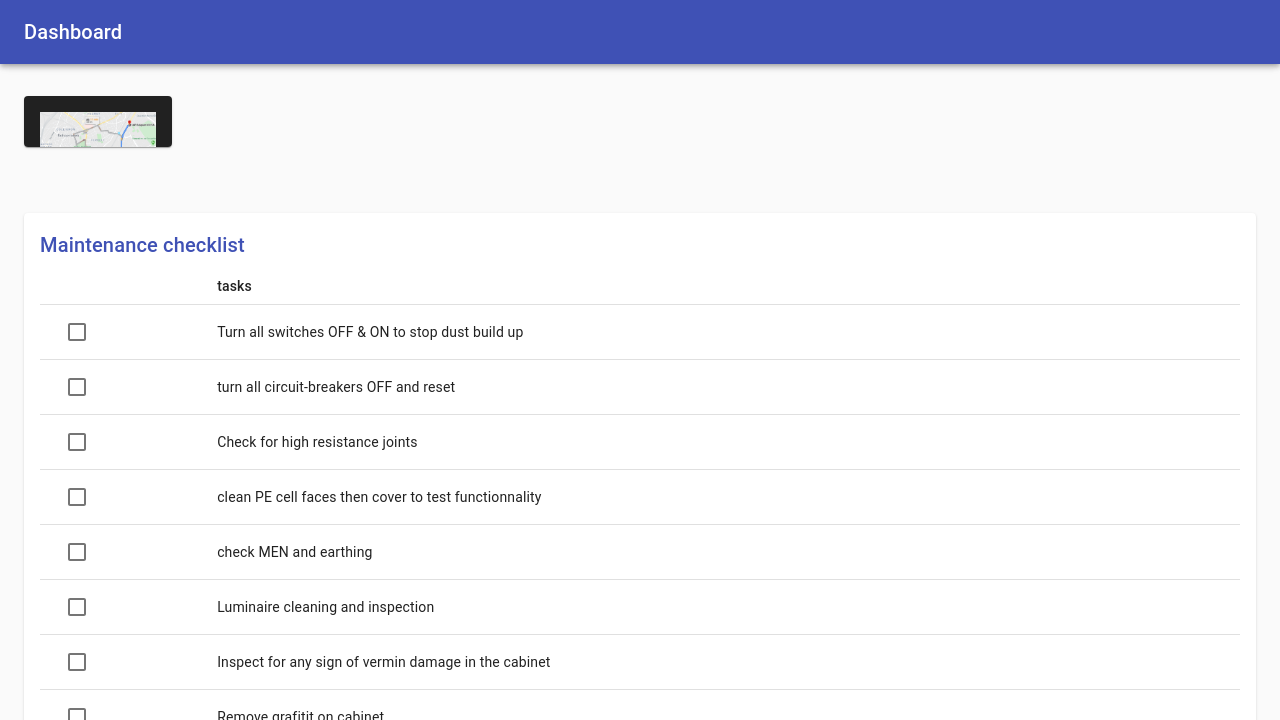
Repository: sapbrussels/intelligenthighway_webapp
Page: /Maintenance (app in router/)
The author's editor kept a copy of each file at every save. The page is drawn from the files as they stood at one save, then again after the next save.
The browser window is 1280 px wide. The pictures show the whole page.
An inner scrolling area shows only its first screen. The project was rebuilt for these pictures with package versions that can differ from the ones it lists, and the page was loaded fresh each time. Also part of the build but not shown: router/src/App.css, router/src/Login.js, router/src/Maps.js, router/src/Jobspage.js.

Above is the page before, as saved 2020-03-26 16:41:34.

### router/src/App.js
import React from 'react';
import {BrowserRouter, Route, Switch} from "react-router-dom";
import './App.css';
import Login from './Login';
import Jobspage from'./Jobspage';
import Maintenance from './Maintenance';


function App() {
  return (
    <BrowserRouter>
    <Switch>
     <Route path='/' exact component={Login}/>
     <Route path='/Jobspage' exact component={Jobspage}/>
     <Route path='/Maintenance' exact component={Maintenance}/>
     </Switch>
    </BrowserRouter>

  );
}

export default App;

### router/src/Maintenance.js
import React from 'react';
import clsx from 'clsx';
import { makeStyles } from '@material-ui/core/styles';
import CssBaseline from '@material-ui/core/CssBaseline';

import Box from '@material-ui/core/Box';
import AppBar from '@material-ui/core/AppBar';
import Toolbar from '@material-ui/core/Toolbar';
import Typography from '@material-ui/core/Typography';
import Container from '@material-ui/core/Container';
import Grid from '@material-ui/core/Grid';
import Paper from '@material-ui/core/Paper';
import Link from '@material-ui/core/Link';
import Checklist from './Checklist';
import Direction from'./Direction';

function Copyright() {
  return (
    <Typography variant="body2" color="textSecondary" align="center">
      {'Copyright © '}
      <Link color="inherit" href="https://material-ui.com/">
        Your Website
      </Link>{' '}
      {new Date().getFullYear()}
      {'.'}
    </Typography>
  );
}

const drawerWidth = 240;

const useStyles = makeStyles((theme) => ({
  root: {
    display: 'flex',
  },
  toolbar: {
    paddingRight: 24, // keep right padding when drawer closed
  },
  toolbarIcon: {
    display: 'flex',
    alignItems: 'center',
    justifyContent: 'flex-end',
    padding: '0 8px',
    ...theme.mixins.toolbar,
  },
  appBar: {
    zIndex: theme.zIndex.drawer + 1,
    transition: theme.transitions.create(['width', 'margin'], {
      easing: theme.transitions.easing.sharp,
      duration: theme.transitions.duration.leavingScreen,
    }),
  },
  appBarShift: {
    marginLeft: drawerWidth,
    width: `calc(100% - ${drawerWidth}px)`,
    transition: theme.transitions.create(['width', 'margin'], {
      easing: theme.transitions.easing.sharp,
      duration: theme.transitions.duration.enteringScreen,
    }),
  },
  menuButton: {
    marginRight: 36,
  },
  menuButtonHidden: {
    display: 'none',
  },
  title: {
    flexGrow: 1,
  },
  drawerPaper: {
    position: 'relative',
    whiteSpace: 'nowrap',
    width: drawerWidth,
    transition: theme.transitions.create('width', {
      easing: theme.transitions.easing.sharp,
      duration: theme.transitions.duration.enteringScreen,
    }),
  },
  drawerPaperClose: {
    overflowX: 'hidden',
    transition: theme.transitions.create('width', {
      easing: theme.transitions.easing.sharp,
      duration: theme.transitions.duration.leavingScreen,
    }),
    width: theme.spacing(7),
    [theme.breakpoints.up('sm')]: {
      width: theme.spacing(9),
    },
  },
  appBarSpacer: theme.mixins.toolbar,
  content: {
    flexGrow: 1,
    height: '100vh',
    overflow: 'auto',
  },
  container: {
    paddingTop: theme.spacing(4),
    paddingBottom: theme.spacing(4),
  },
  paper: {
    padding: theme.spacing(2),
    display: 'flex',
    overflow: 'auto',
    flexDirection: 'column',
  },
  fixedHeight: {
    backgroundRepeat: 'no-repeat',
    backgroundColor:
      theme.palette.type === 'dark' ? theme.palette.grey[50] : theme.palette.grey[900],
    backgroundSize: 'cover',
    height: "50%",
    width: "50%",



  },
}));

export default function Dashboard() {
  const classes = useStyles();


  const fixedHeightPaper = clsx(classes.paper, classes.fixedHeight);

  return (
    <div className={classes.root}>
      <CssBaseline />
      <AppBar position="absolute" className={(classes.appBar)}>
        <Toolbar className={classes.toolbar}>
          <Typography component="h1" variant="h6" color="inherit" noWrap className={classes.title}>
            Dashboard
          </Typography>
        </Toolbar>
      </AppBar>

      <main className={classes.content}>
        <div className={classes.appBarSpacer} />
        <Container maxWidth="lg" className={classes.container}>
          <Grid container spacing={2}>
            {/* Recent Deposits */}
            <Grid item xs={12} md={4} lg={3}>
              <Paper className={fixedHeightPaper}>
              <Direction />
              </Paper>
            </Grid>
            {/* Recent Orders */}
            <Grid item xs={12}>
              <Paper className={classes.paper}>
                <Checklist />
              </Paper>
            </Grid>
          </Grid>
          <Box pt={4}>
            <Copyright />
          </Box>
        </Container>
      </main>
    </div>
  );
}

### router/src/listItems.js
import React from 'react';
import ListItem from '@material-ui/core/ListItem';
import ListItemIcon from '@material-ui/core/ListItemIcon';
import ListItemText from '@material-ui/core/ListItemText';
import DashboardIcon from '@material-ui/icons/Dashboard';
import ShoppingCartIcon from '@material-ui/icons/ShoppingCart';
import PeopleIcon from '@material-ui/icons/People';

export const mainListItems = (
  <div>
    <ListItem >
      <ListItemIcon>
        <DashboardIcon />
      </ListItemIcon>
      <ListItemText  primary="jobs page" />
    </ListItem>
    <ListItem button>
      <ListItemIcon>
        <ShoppingCartIcon />
      </ListItemIcon>
      <ListItemText primary="maintenance" />
    </ListItem>
    <ListItem button>
      <ListItemIcon>
        <PeopleIcon />
      </ListItemIcon>
      <ListItemText primary="help" />
    </ListItem>
  </div>
);

### router/src/LightStatus.js
import React from 'react';
import Link from '@material-ui/core/Link';
import { makeStyles } from '@material-ui/core/styles';
import Table from '@material-ui/core/Table';
import TableBody from '@material-ui/core/TableBody';
import TableCell from '@material-ui/core/TableCell';
import TableHead from '@material-ui/core/TableHead';
import TableRow from '@material-ui/core/TableRow';
import Rectangle from 'react-rectangle';
import Title from './Title';



// Generate Order Data
function createData(id, street_light, status,light) {
  return { street_light, status, light};
}

const rows = [
  createData(0, 'Boulevard Avroy 1.9', 'ON', <Rectangle aspectRatio={[3,3]}>
  <div style={{ background: '#008000',  width: '40%', height: '40%' }} />
</Rectangle>),
  createData(1, 'Rue de Londres 2.1', 'OFF',<Rectangle aspectRatio={[3,3]}>
  <div style={{ background: '#FFFFFF', width: '40%', height: '40%' }} />
</Rectangle>),
  createData(2, 'Rue de Londres 2.3', 'X',<Rectangle aspectRatio={[3,3]}>
  <div style={{ background: '#FF0000', width: '40%', height: '40%' }} />
</Rectangle>),
];

function preventDefault(event) {
  event.preventDefault();
}

const useStyles = makeStyles((theme) => ({
  seeMore: {
    marginTop: theme.spacing(3),
    padding: '20px',
    borderRadius:'10px',
  },
}));

export default function LightStatus() {
  const classes = useStyles();
  return (
    <React.Fragment>
      <Title>Light status</Title>
      <Table size="small">
        <TableHead>
          <TableRow>
            <TableCell>street light</TableCell>
            <TableCell>status</TableCell>
            <TableCell></TableCell>
          </TableRow>
        </TableHead>
        <TableBody>
          {rows.map((row) => (
            <TableRow key={row.id}>
              <TableCell>{row.street_light}</TableCell>
              <TableCell> {row.status}</TableCell>
              <TableCell> {row.light}</TableCell>
            </TableRow>
          ))}
        </TableBody>
      </Table>
      <div className={classes.seeMore}>
        <Link color="primary" href="#" onClick={preventDefault}>
          See more lights
        </Link>
      </div>
    </React.Fragment>
  );
}

### router/src/Jobslist.js
import React from 'react';
import {Link} from 'react-router-dom';
import { makeStyles } from '@material-ui/core/styles';
import Table from '@material-ui/core/Table';
import TableBody from '@material-ui/core/TableBody';
import TableCell from '@material-ui/core/TableCell';
import TableHead from '@material-ui/core/TableHead';
import TableRow from '@material-ui/core/TableRow';
import Title from './Title';

// Generate Order Data
function createData(id, location, job, accept) {
  return { id, location, job, accept };
}

const rows = [
    createData(0, 'Boulevard Avroy 1.9', 'Maintenance',<button>Accept</button>),
    createData(1, 'Rue de Londres 2.1', 'Fix issue',<Link to="/Maintenance"><button>Accept</button></Link>),
];

function preventDefault(event) {
  event.preventDefault();
}

const useStyles = makeStyles((theme) => ({
  seeMore: {
    marginTop: theme.spacing(3),
    padding: '20px',
    borderRadius:'10px',
  },
}));

    export default function Jobslist() {
    const classes = useStyles();
    return (
        <React.Fragment>
        <Title>jobs available</Title>
        <Table size="small">
            <TableHead>
            <TableRow>
                <TableCell>location</TableCell>
                <TableCell>job</TableCell>
                <TableCell>Accept the job</TableCell>
            </TableRow>
            </TableHead>
            <TableBody>
            {rows.map((row) => (
                <TableRow key={row.id}>
                <TableCell>{row.location}</TableCell>
                <TableCell>{row.job}</TableCell>
                <TableCell>{row.accept}</TableCell>
                </TableRow>
            ))}
            </TableBody>
        </Table>
        <div className={classes.seeMore}>
            <Link color="primary" href="#" onClick={preventDefault}>
            See more orders
            </Link>
        </div>
        </React.Fragment>
    );
}

### router/src/Checklist.js
import React from 'react';
import Link from '@material-ui/core/Link';
import { makeStyles } from '@material-ui/core/styles';
import Table from '@material-ui/core/Table';
import TableBody from '@material-ui/core/TableBody';
import TableCell from '@material-ui/core/TableCell';
import TableHead from '@material-ui/core/TableHead';
import TableRow from '@material-ui/core/TableRow';
import Title from './Title';
import { Checkbox } from '@material-ui/core';

// Generate Order Data
function createData(id, check, tasks) {
  return { id, check, tasks };
}

const rows = [
  createData(0, <Checkbox></Checkbox>,'Turn all switches OFF & ON to stop dust build up'),
  createData(1, <Checkbox></Checkbox>,'turn all circuit-breakers OFF and reset'),
  createData(2, <Checkbox></Checkbox>,'Check for high resistance joints'),
  createData(3, <Checkbox></Checkbox>,'clean PE cell faces then cover to test functionnality'),
  createData(4, <Checkbox></Checkbox>,'check MEN and earthing'),
  createData(0, <Checkbox></Checkbox>,'Luminaire cleaning and inspection'),
  createData(1, <Checkbox></Checkbox>,'Inspect for any sign of vermin damage in the cabinet'),
  createData(2, <Checkbox></Checkbox>,'Remove grafitit on cabinet'),
  createData(3, <Checkbox></Checkbox>,'Trim all trees that interfere with solar-panels and light output of lulinaires'),
  createData(4, <Checkbox></Checkbox>,'Check all support structures for their integreties'),
  createData(3, <Checkbox></Checkbox>,'Installation, maintenance and replacement of post indentification label'),
  createData(4, <Checkbox></Checkbox>,'Installation, maintenace and replacement of supply point indentification labels'),
];


const useStyles = makeStyles((theme) => ({
  seeMore: {
    marginTop: theme.spacing(3),

  },
}));

export default function Orders() {
  const classes = useStyles();
  return (
    <React.Fragment>
      <Title>Maintenance checklist</Title>
      <Table size="small">
        <TableHead>
          <TableRow>
            <TableCell></TableCell>
            <TableCell>tasks</TableCell>

          </TableRow>
        </TableHead>
        <TableBody>
          {rows.map((row) => (
            <TableRow key={row.id}>
              <TableCell>{row.check}</TableCell>
              <TableCell>{row.tasks}</TableCell>
            </TableRow>
          ))}
        </TableBody>
      </Table>
      <div className={classes.seeMore}>
        <Link><button>Finished</button></Link>
      </div>
    </React.Fragment>
  );
}

### router/src/Direction.js
import React from 'react';

function Header() {
  // Import result is the URL of your image
  return <img src={"./Direction.png"}alt="Direction"/>;
}
export default Header;

Loaded but not shown: router/public/index.html (common file); router/src/index.js (common file); router/src/index.css (common file); router/src/serviceWorker.js (common file); router/src/Title.js (common file)

After the next save:
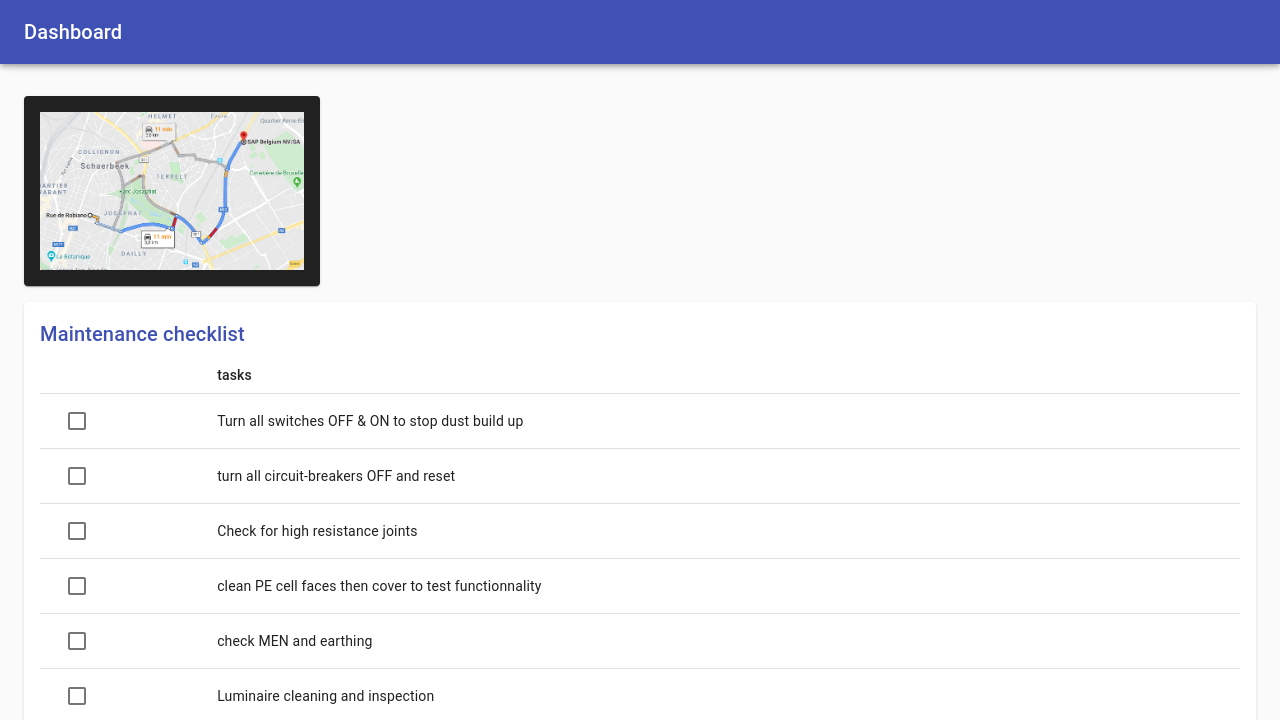
Saved 11 s later.
--- a/router/src/Maintenance.js
+++ b/router/src/Maintenance.js
@@ -108,8 +108,8 @@
     backgroundColor:
       theme.palette.type === 'dark' ? theme.palette.grey[50] : theme.palette.grey[900],
     backgroundSize: 'cover',
-    height: "50%",
-    width: "50%",
+    height: "100%",
+    width: "100%",
 
 
 
